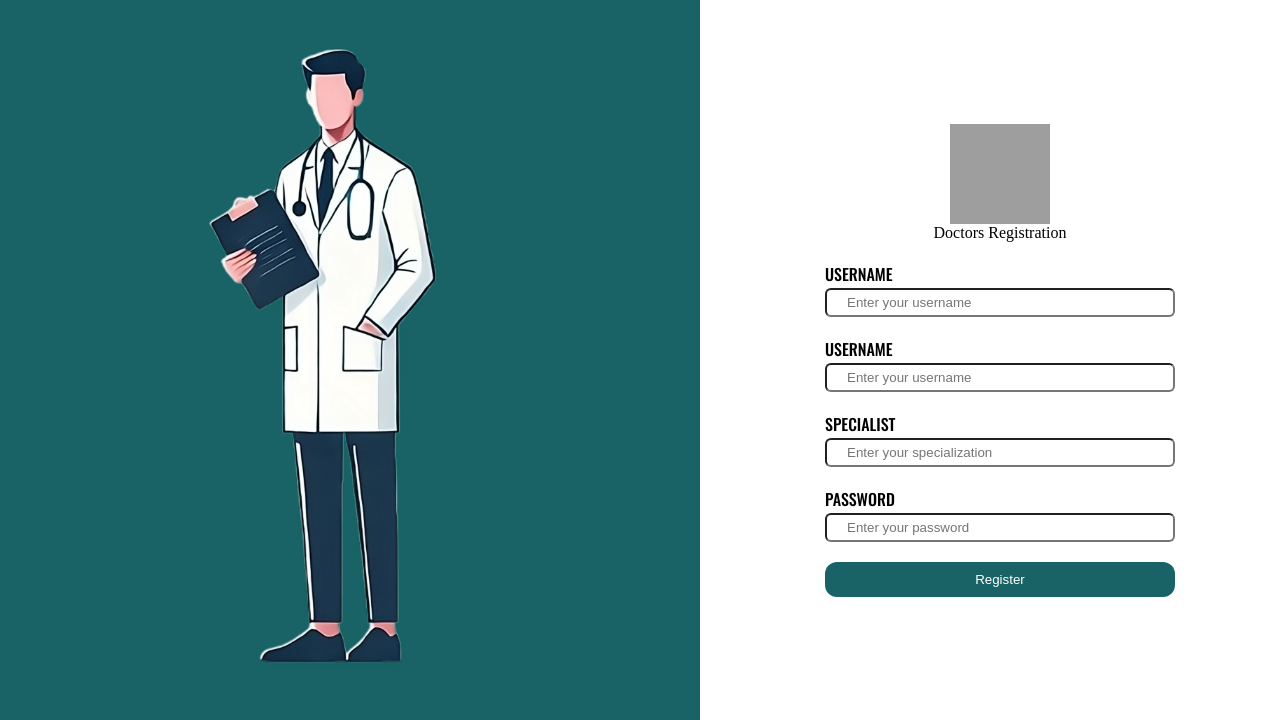
Repository: AriaFantom/Minor-Project
Page: http://localhost/Project/verify.jsp
An editor plug-in stored every save of this project. The page is shown before and after the next save, followed by the edit.
The browser window is 1280 px wide. The pictures show the whole page.
Pictures or frames that could not be fetched are drawn as grey boxes. Some web fonts or font styles are not loaded; a fallback is used. The page is served by Tomcat 10. Other server files are loaded and not shown.

Above is the page before, as saved 2025-01-13 10:47:41.

### Project/src/main/webapp/verify.jsp
<%@ page language="java" contentType="text/html; charset=UTF-8"
    pageEncoding="UTF-8"%>
            <%@page import="java.sql.*" %>
<%@ page import="java.text.SimpleDateFormat" %>
<%@ page import="java.util.Date" %>
<!DOCTYPE html>
<html lang="en">
<head>
    <meta charset="UTF-8">
    <title>Title</title>
    <link rel="stylesheet" href="css/register.css">
</head>
<body>
<main>
    <div class="aside-form">
        <img src="assets/form-side-vector.png" alt="vector">
    </div>
    <div class="form-section">
        <img src="assets/icons/logo.png" alt="logo">
        <p>Doctors Registration</p>
        <form  method="post" action="<%=request.getContextPath()%>/AddCredentials">
        	<label for="email">Username</label>
            <input type="email" id="email" name="email" placeholder="Enter your username">
            <label for="username">Username</label>
            <input type="text" id="username" name="username" placeholder="Enter your username">
            <label for="specialist">Specialist</label>
            <input type="text" id="specialist" name="specialist" placeholder="Enter your specialization">
            <label for="password">Password</label>
            <input type="password" id="password" name="password" placeholder="Enter your password">
            <button>Register</button>
        </form>
    </div>
</main>
</body>
</html>

### Project/src/main/webapp/css/register.css
@charset "UTF-8";

@import url('https://fonts.googleapis.com/css2?family=Oswald:wght@200..700&display=swap');
@import url('https://fonts.googleapis.com/css2?family=Open+Sans:ital,wght@0,300..800;1,300..800&display=swap');
@import url('https://fonts.googleapis.com/css2?family=DM+Serif+Text:ital@0;1&family=PT+Sans:ital,wght@0,400;0,700;1,400;1,700&display=swap');
* {
    box-sizing: border-box;
    margin: 0;
    padding: 0;
}

body {
    margin: 0;
    padding: 0;

}

main {
    display: grid;
    grid-template-columns: 1fr 1fr;
    gap: 20px;
    justify-content: center;
    align-items: center;
    height: 100vh;
}

.form-footer {
	font-family: 'DM Serif Text', sans-serif;
    margin: 8px 0;
}

main img {
    width: 100px;
    height: 100px;
}
.form-section {
    display: flex;
    flex-direction: column;
    justify-content: center;
    align-items: center;
    width: 100%;
}

.form-heading {
    font-family: 'Oswald', sans-serif;
    font-size: 2rem;
    margin-bottom: 20px;
    text-transform: uppercase;
}

form {
    display: flex;
    flex-direction: column;
    justify-content: center;
    width: 350px;
}

form label {
    font-family: 'Oswald', sans-serif;
    margin-top: 20px;
    margin-bottom: 2px;
    font-weight: 500;
    text-transform: uppercase;
}
form input {
    font-family: 'DM Serif Text', sans-serif;
    padding: 5px 20px;
    border-radius: 6px;
}

form button {
    font-family: 'DM Serif Text', sans-serif;
    margin-top: 20px;
    padding: 10px;
    background-color: #196366;
    color: #fff;
    border: none;
    cursor: pointer;
    border-radius: 12px;
}

.aside-form {
    background: #196366;
    height: 100%;
    width: 100%;
    display: flex;
    align-items: center;
    justify-content: center;
}

.aside-form img {
    width: 700px;
    height: 700px;
}
.alert {
            padding: 15px;
            margin: 20px auto;
            border-radius: 4px;
            width: 95%;
            font-size: 16px;
            text-align: center;
}
.alert-success {
            color: #155724;
            background-color: #d4edda;
            border: 1px solid #c3e6cb;
}
.alert-danger {
            color: #721c24;
            background-color: #f8d7da;
            border: 1px solid #f5c6cb;
 }
.errordiv {
	display: flex;
	flex-direction: column;
	align-items:center;
	justify-content:center;
	background-color: #96c2c2;
	height: 100vh;
	width: 100%;
	font-family: "Poppins", sans-serif;
}

.errordiv h1 {
	text-transform: uppercase;
}

After the next save:
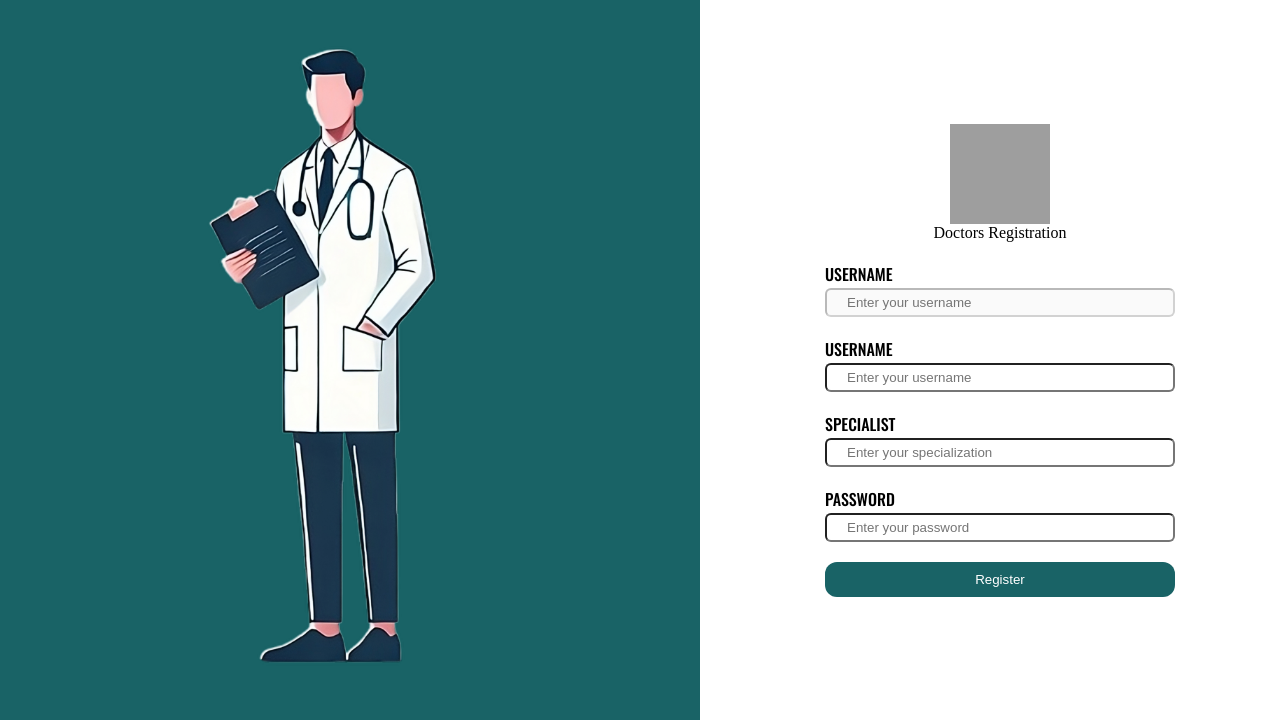
Saved 5 s later.
--- a/Project/src/main/webapp/verify.jsp
+++ b/Project/src/main/webapp/verify.jsp
@@ -20,7 +20,7 @@
         <p>Doctors Registration</p>
         <form  method="post" action="<%=request.getContextPath()%>/AddCredentials">
         	<label for="email">Username</label>
-            <input type="email" id="email" name="email" placeholder="Enter your username">
+            <input type="email" id="email" name="email" disabled placeholder="Enter your username">
             <label for="username">Username</label>
             <input type="text" id="username" name="username" placeholder="Enter your username">
             <label for="specialist">Specialist</label>
